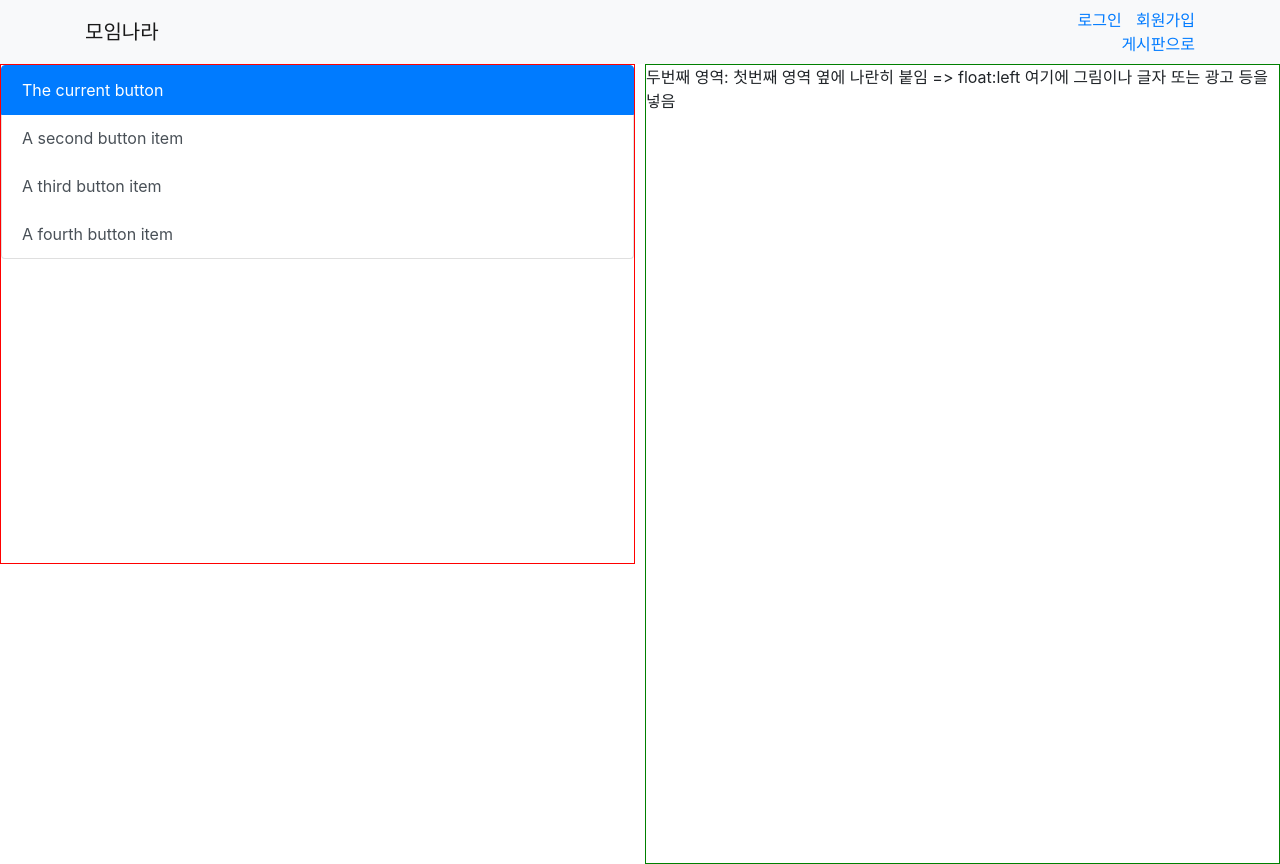
Repository: cmg9707/Devfox-spring-project
Page: http://localhost/DevJUS/WEB-INF/views/JUS/info.jsp
An editor plug-in stored every save of this project. The page is shown before and after the next save, followed by the edit.
The browser window is 1280 px wide. The pictures show the whole page.
Some web libraries are served in a nearby version. The page is served by Tomcat 9. Nobody is signed in. The template is opened directly, without the code that normally fills it, so the values that code supplies are empty.

Above is the page before, as saved 2023-04-13 23:34:59.

After the next save:
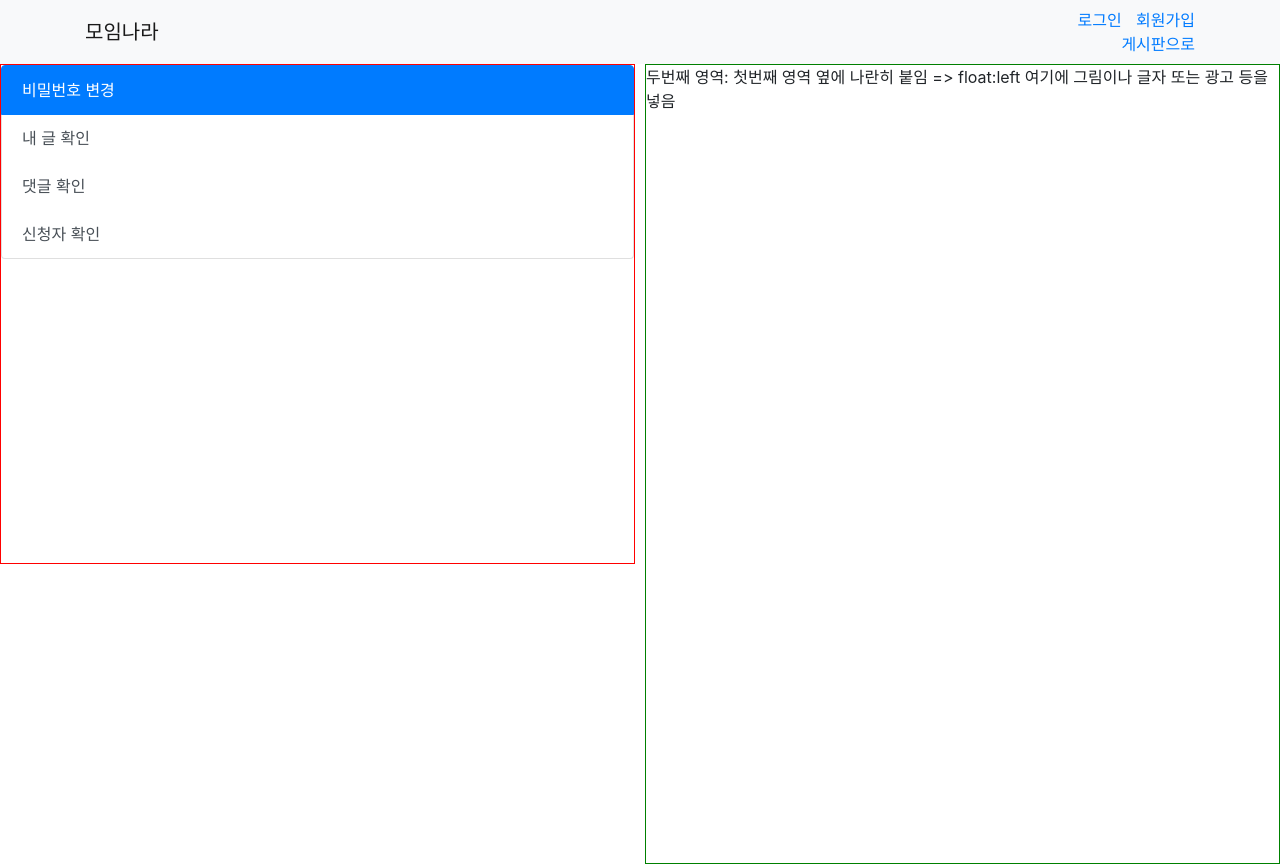
Saved 47 s later.
--- a/DevJUS/src/main/webapp/WEB-INF/views/JUS/info.jsp
+++ b/DevJUS/src/main/webapp/WEB-INF/views/JUS/info.jsp
@@ -53,12 +53,10 @@
 <div style="display: flex; justify-content: center;">
   <div style="width:700px; height:500px; border:1px solid red; float:left; margin-right:10px;">
     	<div class="list-group">
-  			<button type="button" class="list-group-item list-group-item-action active" aria-current="true">
-    			The current button
-  			</button>
-  			<button type="button" class="list-group-item list-group-item-action">A second button item</button>
-  			<button type="button" class="list-group-item list-group-item-action">A third button item</button>
-  			<button type="button" class="list-group-item list-group-item-action">A fourth button item</button>
+  			<button type="button" class="list-group-item list-group-item-action active">비밀번호 변경</button>
+  			<button type="button" class="list-group-item list-group-item-action">내 글 확인</button>
+  			<button type="button" class="list-group-item list-group-item-action">댓글 확인</button>
+  			<button type="button" class="list-group-item list-group-item-action">신청자 확인</button>
 </div>
   </div>
   <div style="width:700px; height:800px; border:1px solid green; float:left;">
